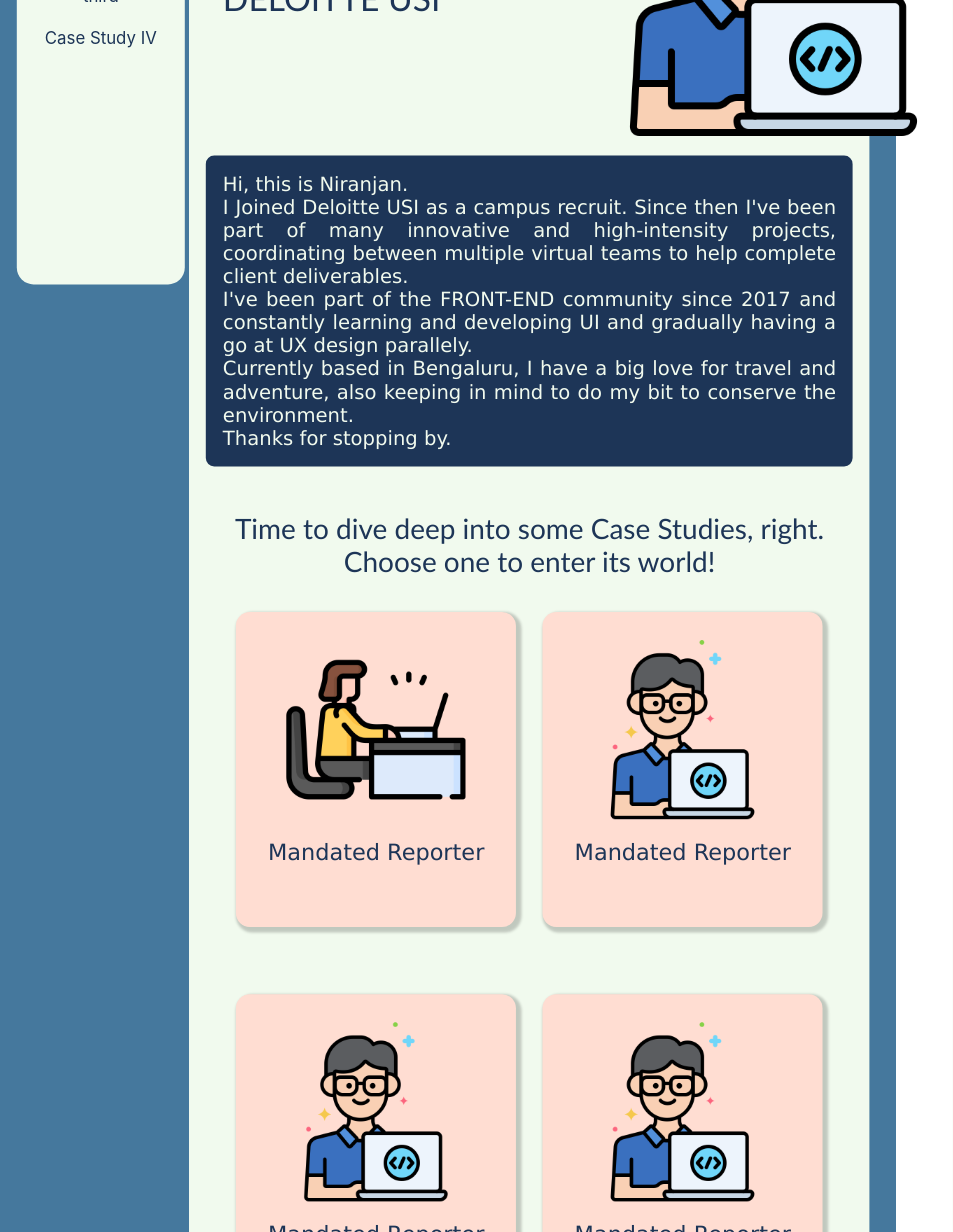
Repository: niranjangp/portfolioReact
Page: /
An editor plug-in stored every save of this project. The page is shown before and after the next save, followed by the edit.
The browser window is 1280 px wide. The page is 1361 px wide, so the pictures cover 1361 px, including what lies to the right of the window. The pictures show the part of the page from y = 366 to 2126 px (the page is 2551 px tall before and 2791 px after), at 70% of full size.
The project was rebuilt for these pictures with package versions that can differ from the ones it lists, and the page was loaded fresh each time. Also part of the build but not shown: src/pages/csOne.jsx, src/pages/notFound.jsx.

Above is the page before, as saved 2022-02-01 01:04:52.

After the next save:
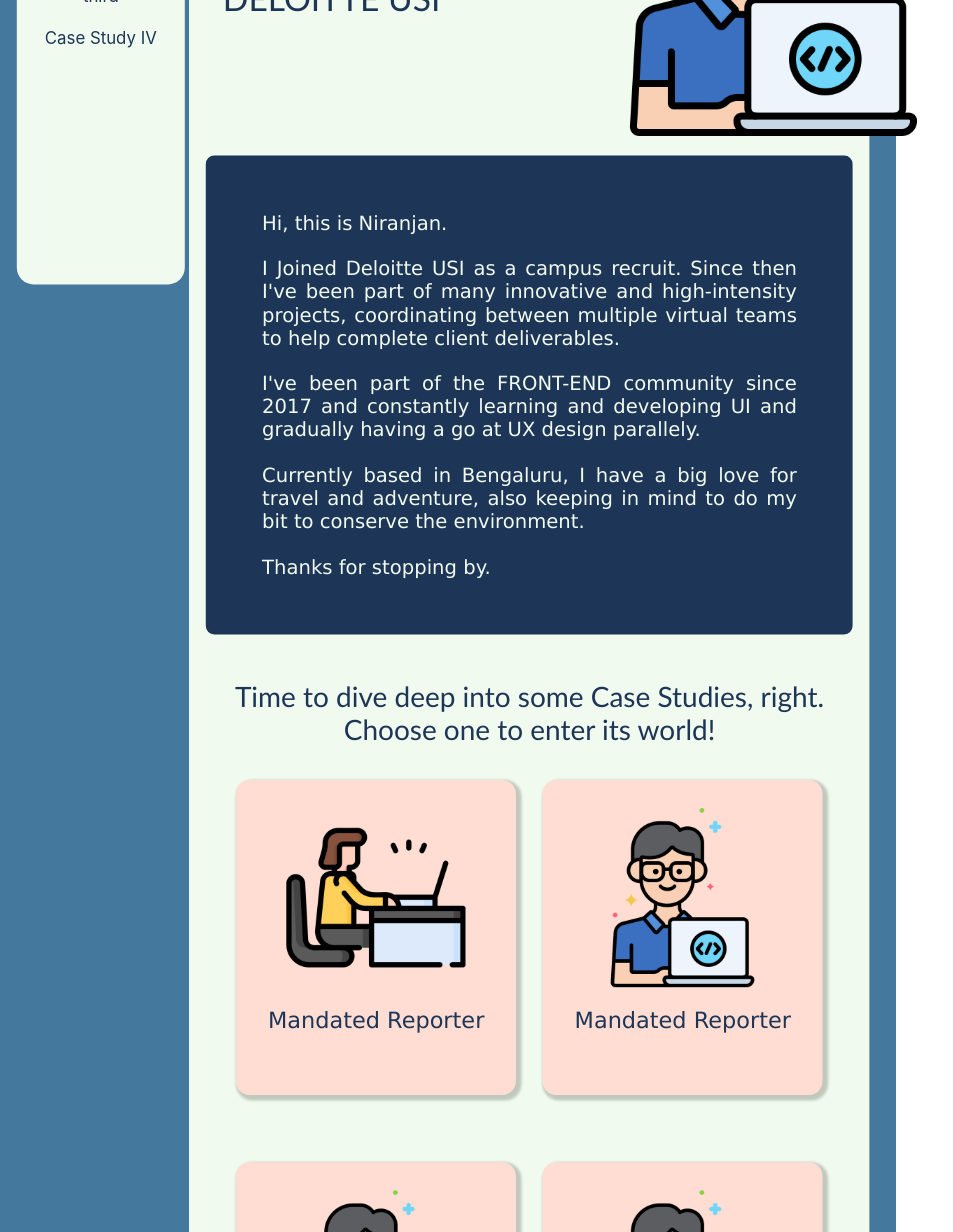
Saved 2 min 14 s later.
--- a/src/App.css
+++ b/src/App.css
@@ -74,10 +74,14 @@
   background-color: #1d3557;
   color: #f1faee;
   border-radius: 0.75rem;
-  padding: 24px;
+  padding: 64px;
   font-family: 'Lucida Sans', 'Lucida Sans Regular', 'Lucida Grande', 'Lucida Sans Unicode', Geneva, Verdana, sans-serif;
   font-size: 28px;
   text-align: justify;
+}
+
+.sec-row p {
+  padding: 16px;
 }
 
 .centered {
